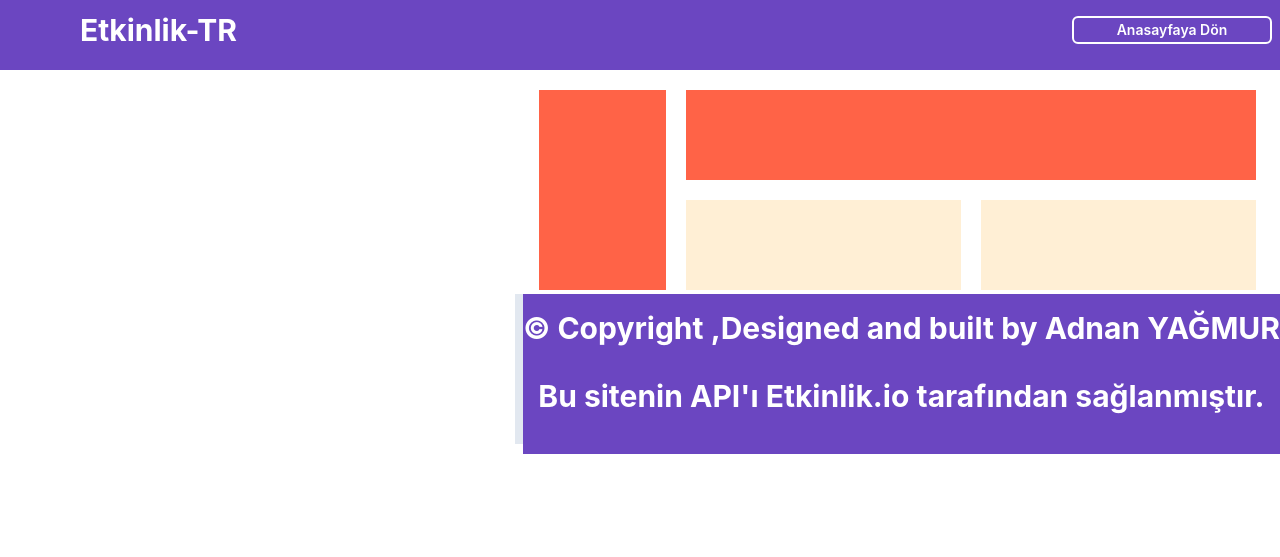
Repository: adnanyagmur/EtsTur-FrontEnd-Hiring-Challange
Page: /detailPage
The author's editor kept a copy of each file at every save. The page is drawn from the files as they stood at one save, then again after the next save.
The browser window is 1280 px wide. The pictures show the whole page.
The project was rebuilt for these pictures with package versions that can differ from the ones it lists, and the page was loaded fresh each time. Also part of the build but not shown: src/index.css, src/components/eventList/EventList.jsx, src/components/hompage/HomePage.jsx, src/pastApi/json.js, src/components/pastEventList/PastList.jsx.

Above is the page before, as saved 2022-06-21 22:06:29.

After the next save:
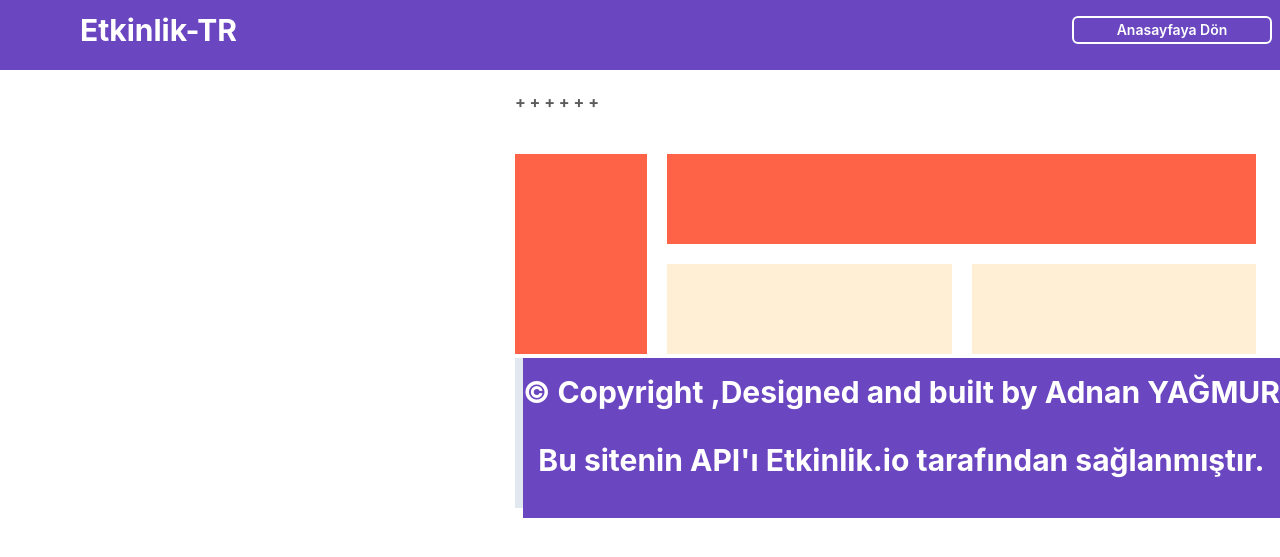
Saved 54 s later.
--- a/src/components/detailPage/DetailPage.jsx
+++ b/src/components/detailPage/DetailPage.jsx
@@ -57,11 +57,13 @@ const DetailPage= ()=> {
 
           </GridItem>
 
-          <GridItem pl='6' pt='4' pr='6' bg='white' area={'main'} >
+          <GridItem  pt='4' pr='6' bg='white' area={'main'} >
 
             <SimpleGrid columns={[null,1]} spacing='40px'>
 
+            {description} + {price} + {basTarih}  +{bitistarihi}
 
+{venue }  + {ticketLink}  + {address} + {district}
 
 <Grid
   h='200px'
